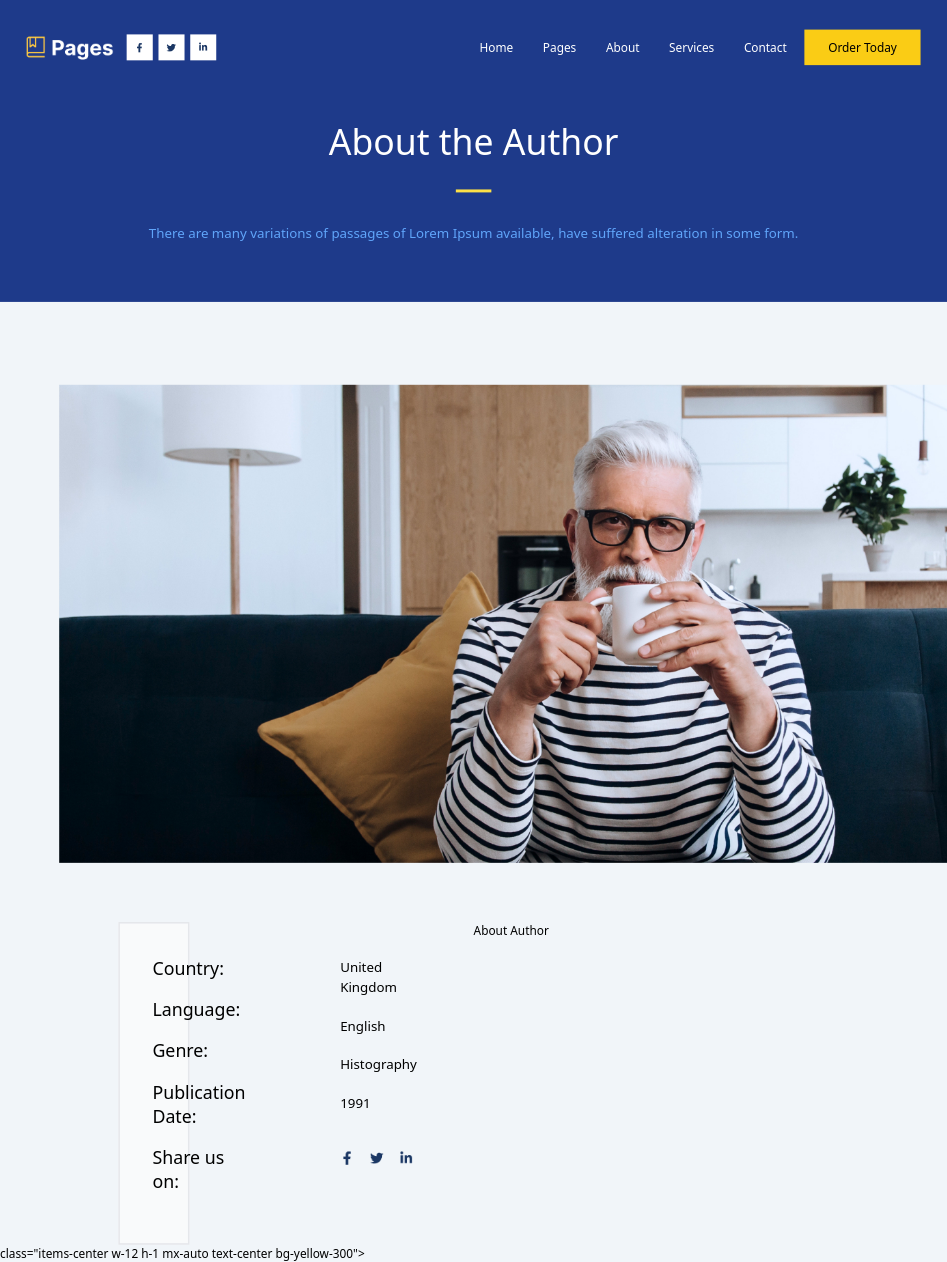
Repository: Godnorg/Class3
Page: index.html
These files come from the project's save history. The page is drawn as it stood at one moment and after a run of saves; the edit follows.
The browser window is 1280 px wide. The pictures show the whole page, at 74% of full size.
Some web libraries are served in a nearby version.

Above is the page before, as saved 2023-02-20 02:12:59.

### index.html
<!DOCTYPE html>
<html lang="en">
<head>
    <meta charset="UTF-8">
    <meta http-equiv="X-UA-Compatible" content="IE=edge">
    <meta name="viewport" content="width=device-width, initial-scale=1.0">
    <title>Class3</title>
    <script src="https://cdn.tailwindcss.com"></script>
</head>
<body class="w-full bg-blue-900">
<div class="flex items-center justify-between w-full pt-10 mx-auto px-9 max-w-7xl">
    <div class="flex gap-4 ">
    <img src="./Logo.png">
    <img src="./soc-icons.png" class="h-9">
    </div>
    <div class="flex gap-6">
        <ul class="flex items-center gap-10 text-white">
            <li><a href="#">Home</a></li>
            <li><a href="#">Pages</a></li>
            <li><a href="#">About</a></li>
            <li><a href="#">Services</a></li>
            <li><a href="#">Contact</a></li>
        </ul>
        <button class="px-8 py-3 mx-auto bg-yellow-400 font-sans-serif">Order Today</button>
    </div>
    </div>
    <div class="items-center mx-auto">
    <h1 class="items-center pt-20 pb-10 text-5xl text-center text-white">About the Author</h1>
        <div
            class="items-center w-12 h-1 mx-auto text-center bg-yellow-300">
        </div>
        <p class="items-center pt-10 pb-20 mx-auto text-lg text-center text-blue-400">There are many variations of passages of Lorem Ipsum available, have suffered alteration in some form.</p>
    </div>

    <div class= "bg-slate-100">
        <div class="relative w-full pb-20 pl-20 mx-auto pt-28 max-w-7xl">
        <img src="./oldman2.jpg">
        </div>
    <div class="grid grid-cols-2">
        <div class="max-w-xl ml-40 mr-96 bg-gray-50">
            <div class="flex mt-0 border-2 pt-11 px-11 pb-11">
                <div class="pr-32">
                <h2 class="pb-6 text-2xl">Country:</h2>
                <h2 class="pb-6 text-2xl">Language:</h2>
                <h2 class="pb-6 text-2xl">Genre:</h2>
                <h2 class="pb-6 text-2xl">Publication Date:</h2>
                <h2 class="pb-6 text-2xl">Share us on:</h2>
                </div>
                <div class="p-0">
                <p class="pb-6 pr-0 text-lg">United Kingdom</p>
                <p class="pb-6 pr-0 text-lg">English</p>
                <p class="pb-6 pr-0 text-lg">Histography</p>
                <p class="pb-6 pr-0 text-lg">1991</p>
                <img src="./socialmedia.png" class="pb-6 pr-0 pt-7">
                </div>
            </div>
        </div>
          <h1>About Author</h1>
          <div>
            class="items-center w-12 h-1 mx-auto text-center bg-yellow-300">
        </div>
    </div>
</div>

</body>
</html>

After the next 3 saves:
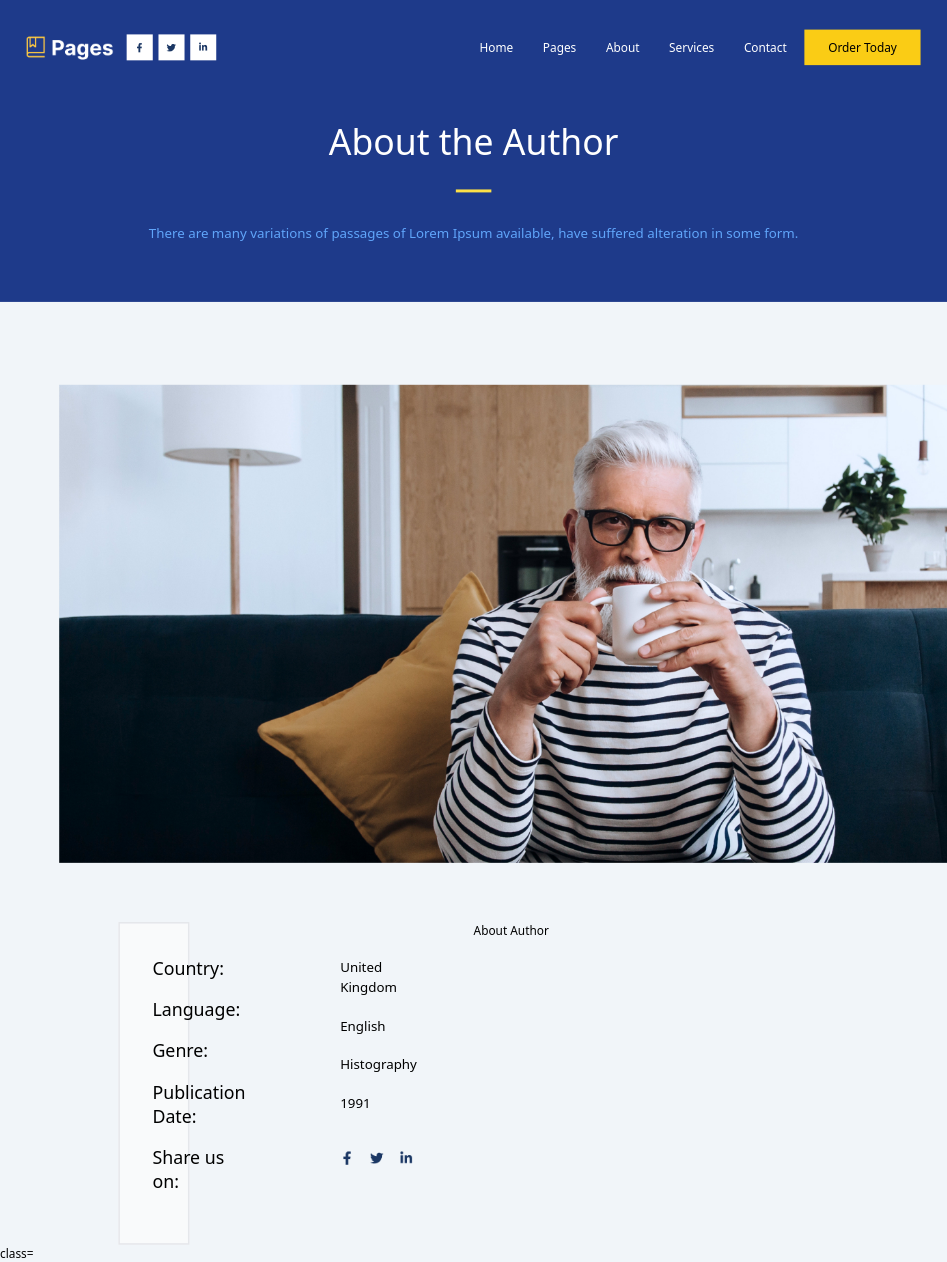
The 3 saves are shown as one change because they came seconds apart.
The last was saved 18 s later.
--- a/index.html
+++ b/index.html
@@ -57,7 +57,7 @@
         </div>
           <h1>About Author</h1>
           <div>
-            class="items-center w-12 h-1 mx-auto text-center bg-yellow-300">
+        class=
         </div>
     </div>
 </div>
